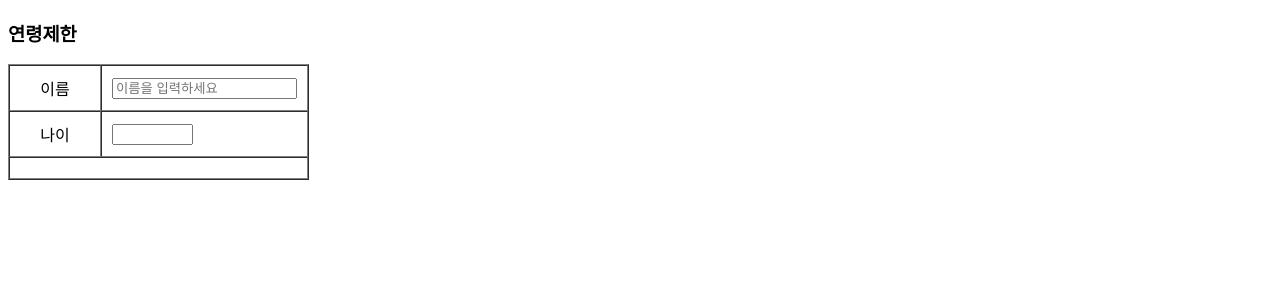
Repository: jihyunah/Java_EE
Page: workspace/testServlet/src/main/webapp/param.html
The author's editor kept a copy of each file at every save. The page is drawn from the files as they stood at one save, then again after the next save.
The browser window is 1280 px wide. The pictures show the whole page.

Above is the page before, as saved 2023-02-22 06:16:25.

After the next save:
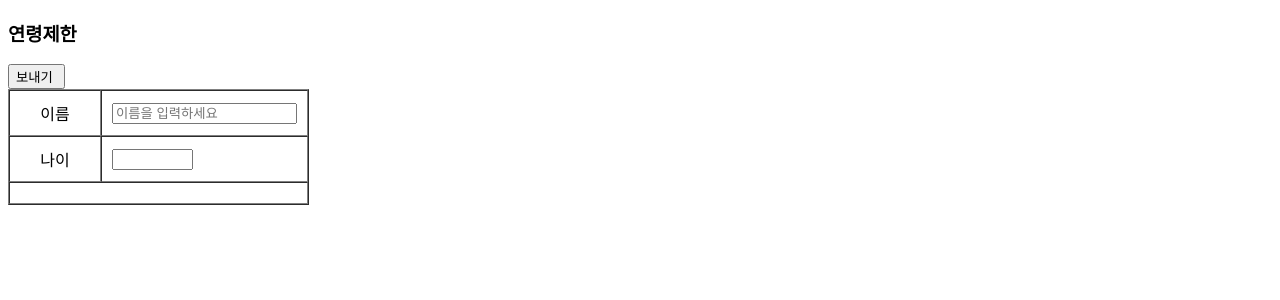
Saved 9 min 59 s later.
--- a/workspace/testServlet/src/main/webapp/param.html
+++ b/workspace/testServlet/src/main/webapp/param.html
@@ -5,7 +5,7 @@
 <title>Insert title here</title>
 </head>
 <body>
-<form>
+<form name="" method="get" action="www.naver.com">
 	<h3>연령제한</h3>
 
 <table border="1" cellpadding="10" cellspacing="0">
@@ -21,6 +21,7 @@
 
 	<tr>
 		<td colspan="2" align="center"></td>
+			<input type="submit" value="보내기 ">
 	</tr>
 
 	</table>
